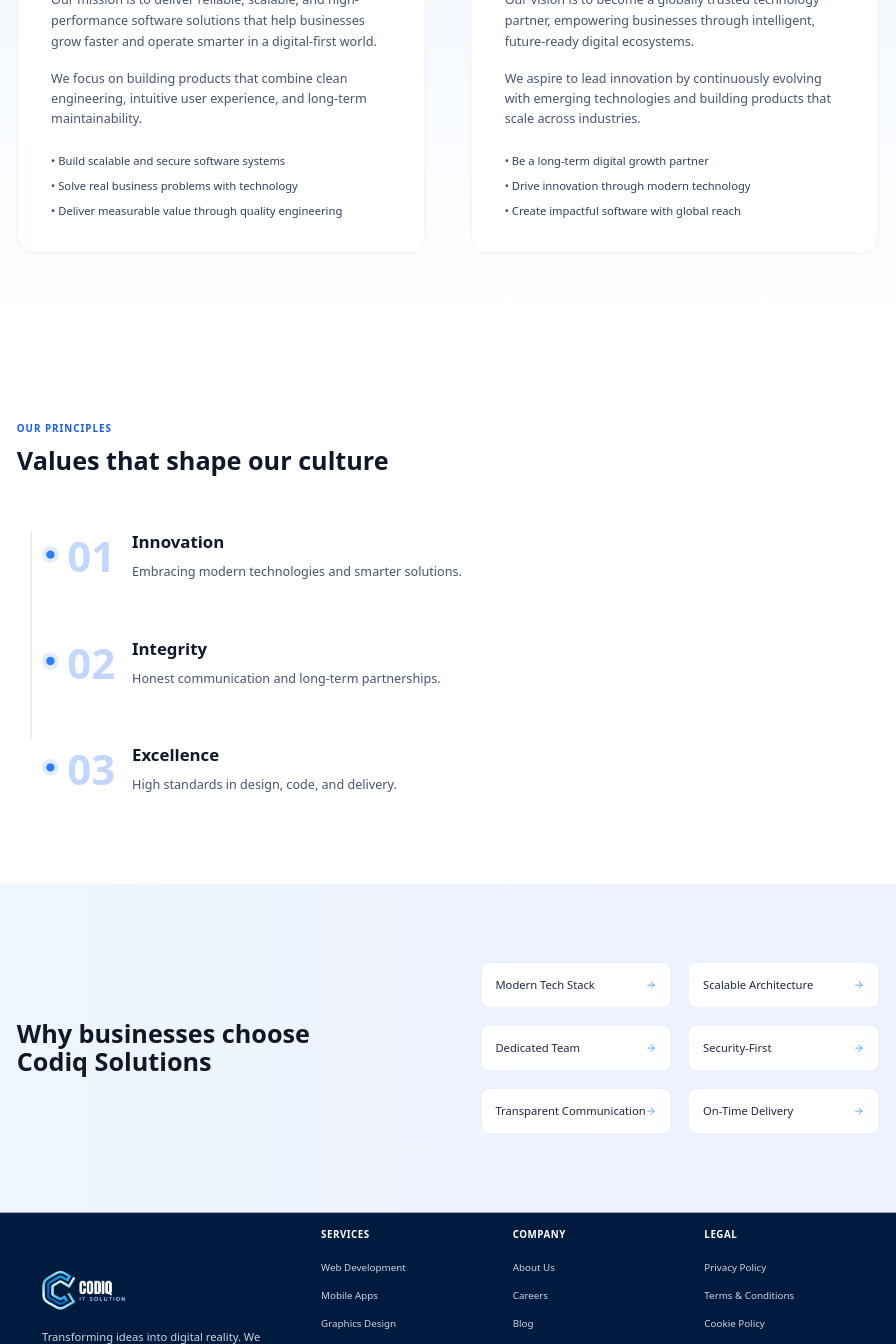
Repository: codiqsolutions/Codiq_Web
Page: /about (app in codiq-main/frontend/)
An editor plug-in stored every save of this project. The page is shown before and after the next save, followed by the edit.
The browser window is 1280 px wide. The pictures show the part of the page from y = 1265 to 3185 px (the page is 3450 px tall), at 70% of full size.
The project was rebuilt for these pictures with package versions that can differ from the ones it lists, and the page was loaded fresh each time. The framework's server and built-in components were replaced by stand-ins that run in the browser. Also part of the build but not shown: codiq-main/frontend/next.config.ts.

Above is the page before, as saved 2026-01-08 15:18:11.

After the next save:
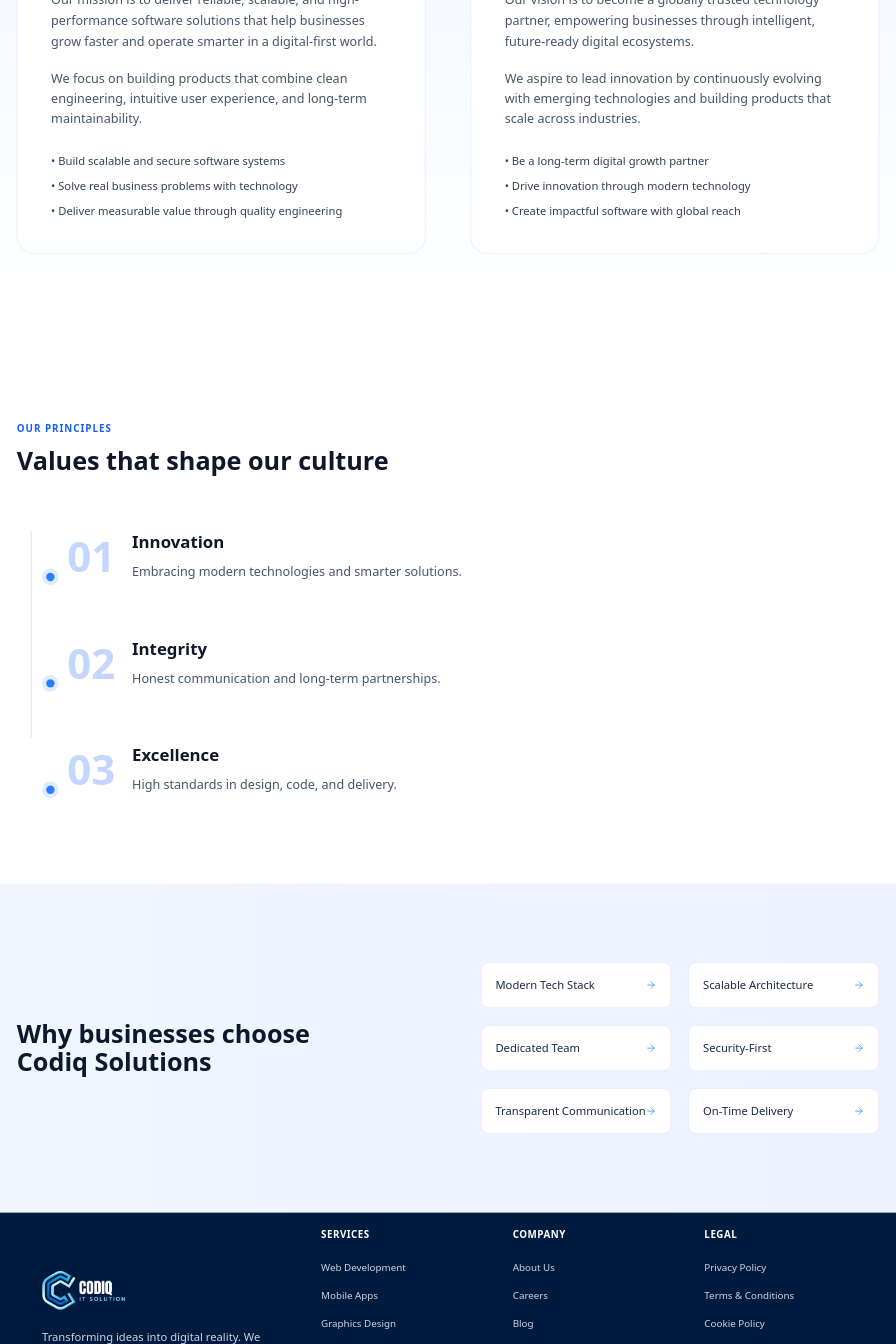
Saved 2 min 41 s later.
--- a/codiq-main/frontend/app/about/page.tsx
+++ b/codiq-main/frontend/app/about/page.tsx
@@ -192,7 +192,7 @@
                                 className="relative flex items-center gap-6 pl-6"
                             >
                                 {/* Timeline dot */}
-                                <div className="absolute -left-[6px] top-7 h-3 w-3 rounded-full bg-blue-500 shadow-[0_0_0_6px_rgba(59,130,246,0.15)]" />
+                                <div className="absolute -left-[6px] top-15 h-3 w-3 rounded-full bg-blue-500 shadow-[0_0_0_6px_rgba(59,130,246,0.15)]" />
 
                                 <div className="text-6xl font-extrabold bg-linear-to-br from-blue-200 to-indigo-200 bg-clip-text text-transparent">
                                     {String(i + 1).padStart(2, "0")}

After the save that followed:
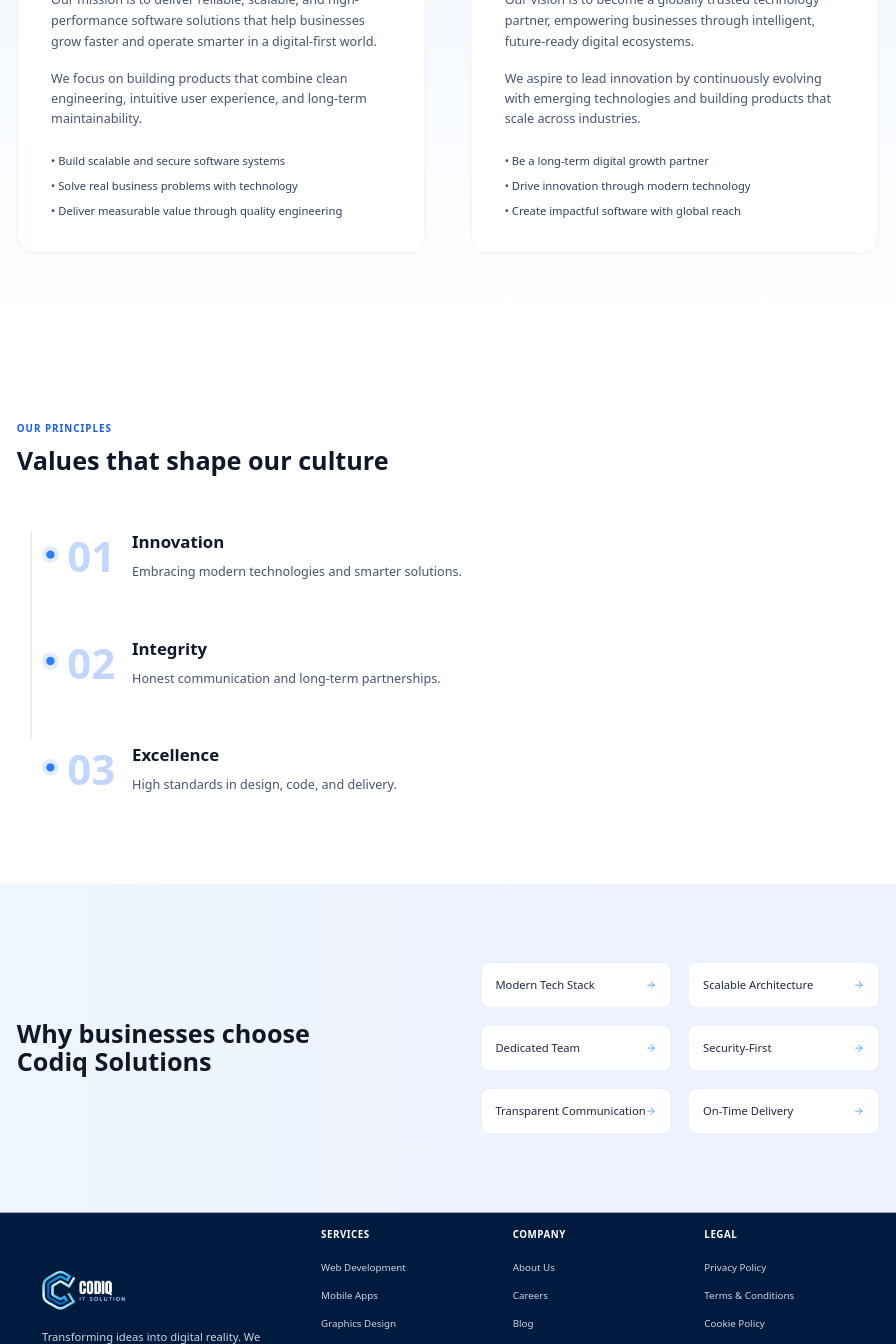
Saved 6 s later.
--- a/codiq-main/frontend/app/about/page.tsx
+++ b/codiq-main/frontend/app/about/page.tsx
@@ -192,7 +192,7 @@
                                 className="relative flex items-center gap-6 pl-6"
                             >
                                 {/* Timeline dot */}
-                                <div className="absolute -left-[6px] top-15 h-3 w-3 rounded-full bg-blue-500 shadow-[0_0_0_6px_rgba(59,130,246,0.15)]" />
+                                <div className="absolute -left-[6px] top-7 h-3 w-3 rounded-full bg-blue-500 shadow-[0_0_0_6px_rgba(59,130,246,0.15)]" />
 
                                 <div className="text-6xl font-extrabold bg-linear-to-br from-blue-200 to-indigo-200 bg-clip-text text-transparent">
                                     {String(i + 1).padStart(2, "0")}
